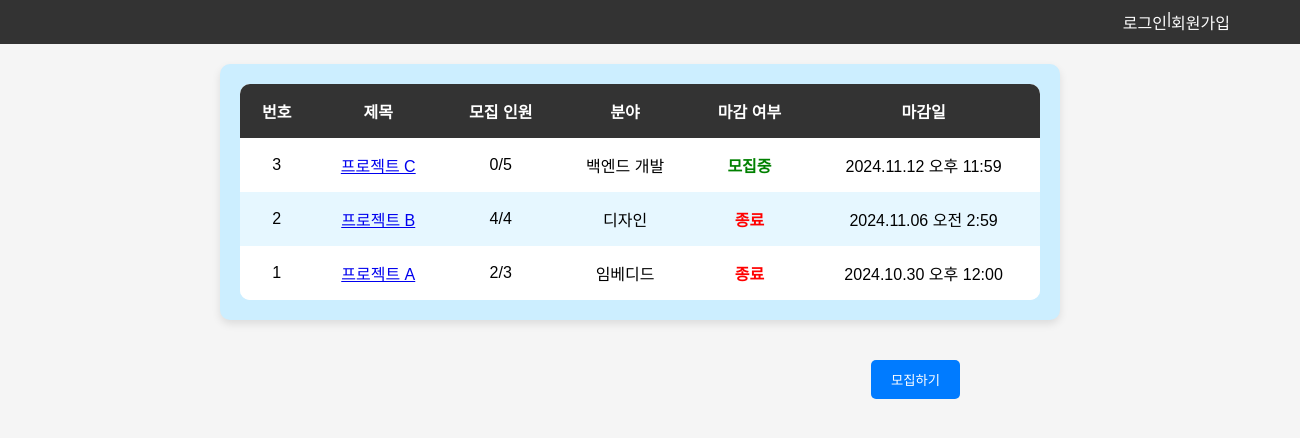
Repository: TUK-WEBSERIVCE/tuk-team-gem
Page: tuk-team-gem/src/main/webapp/main/mainPage.html
The author's editor kept a copy of each file at every save. The page is drawn from the files as they stood at one save, then again after the next save.
The browser window is 1280 px wide. The page is 1300 px wide, so the pictures cover 1300 px, including what lies to the right of the window. The pictures show the whole page.

Above is the page before, as saved 2024-11-13 12:59:26.

After the next save:
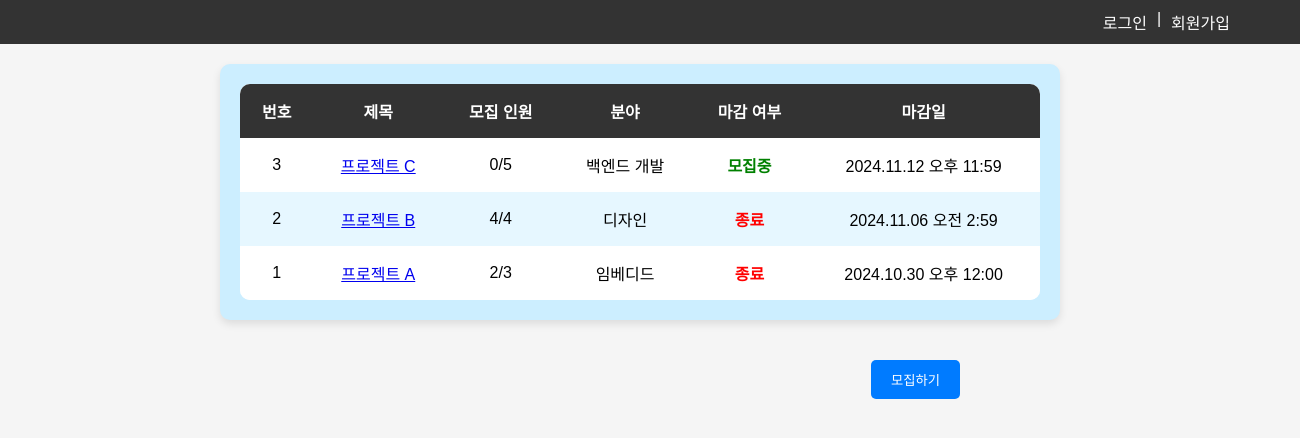
Saved 25 s later.
--- a/tuk-team-gem/src/main/webapp/main/mainPage.html
+++ b/tuk-team-gem/src/main/webapp/main/mainPage.html
@@ -100,6 +100,12 @@
         .button-container button:hover {
             background-color: #0056b3;
         }
+
+        .divider {
+    		color: white;
+    		margin-left: 10px;
+    		margin-right: 10px;
+		}
     </style>
 </head>
 <body>
